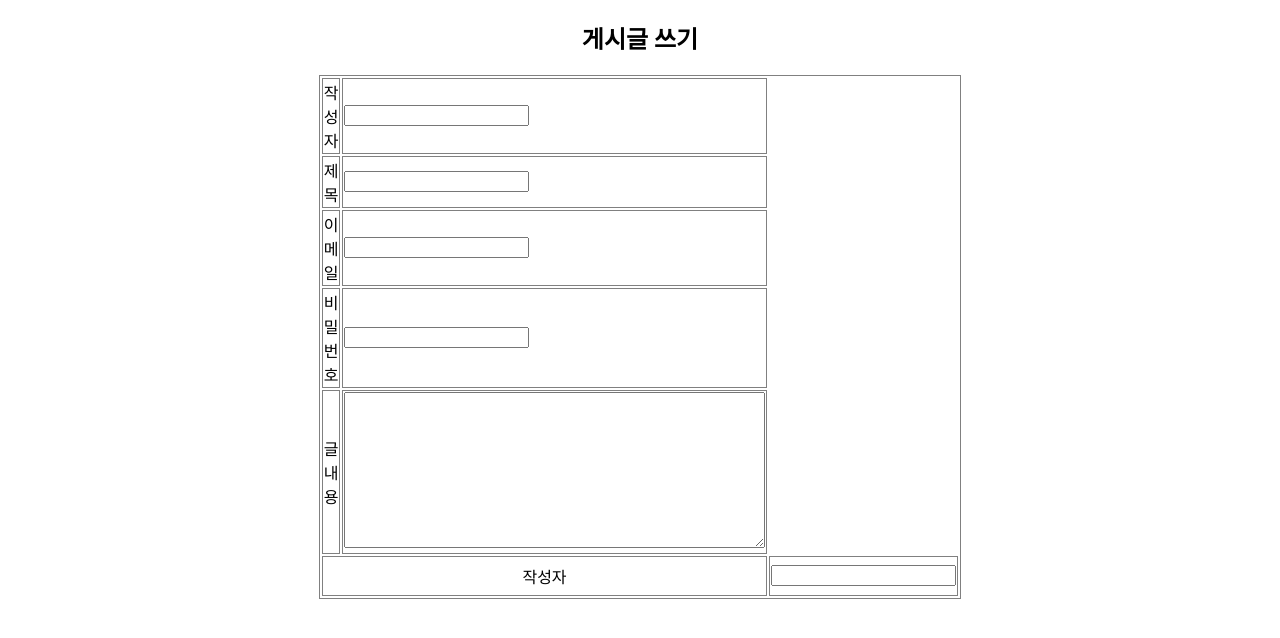
Repository: kdw1437/CreateBoardProject
Page: http://localhost/Board/BoardWriteForm.jsp
These files come from the project's save history. The page is drawn as it stood at one moment and after the next save; the edit follows.
The browser window is 1280 px wide. The pictures show the whole page.
The page is served by Tomcat 9. Other server files are loaded and not shown.

Above is the page before, as saved 2024-08-07 05:43:30.

### Board/src/main/webapp/BoardWriteForm.jsp
<%@ page language="java" contentType="text/html; charset=EUC-KR"
    pageEncoding="EUC-KR"%>
<!DOCTYPE html>
<html>
<body>

<center>
<h2> 게시글 쓰기 </h2>

<form action="BoardWriteProc.jsp" method="post">
<table width="600" border="1" bordercolor="gray">
	<tr height="40">
		<td align="center" width="150"> 작성자 </td>
		<td width="450"> <input type="text" name="writer"></td>
	</tr>
	<tr height="40">
		<td align="center" width="150"> 제목 </td>
		<td width="450"> <input type="text" name="subject"></td>
	</tr>
	<tr height="40">
		<td align="center" width="150"> 이메일 </td>
		<td width="450"> <input type="email" name="email"></td>
	</tr>
	<tr height="40">
		<td align="center" width="150"> 비밀번호 </td>
		<td width="450"> <input type="password" name="password"></td>
	</tr>
	<tr height="40">
		<td align="center" width="150"> 글내용 </td>
		<td width="450"> <textarea rows="10" cols="50" name="content"></textarea></td>
	</tr>
	<tr height="40">
		<td align="center" colspan="2"> 작성자 </td>
		<td width="450"> <input type="text" name="writer"></td>
	</tr>
</table>
</form>
</center>

</body>
</html>

After the next save:
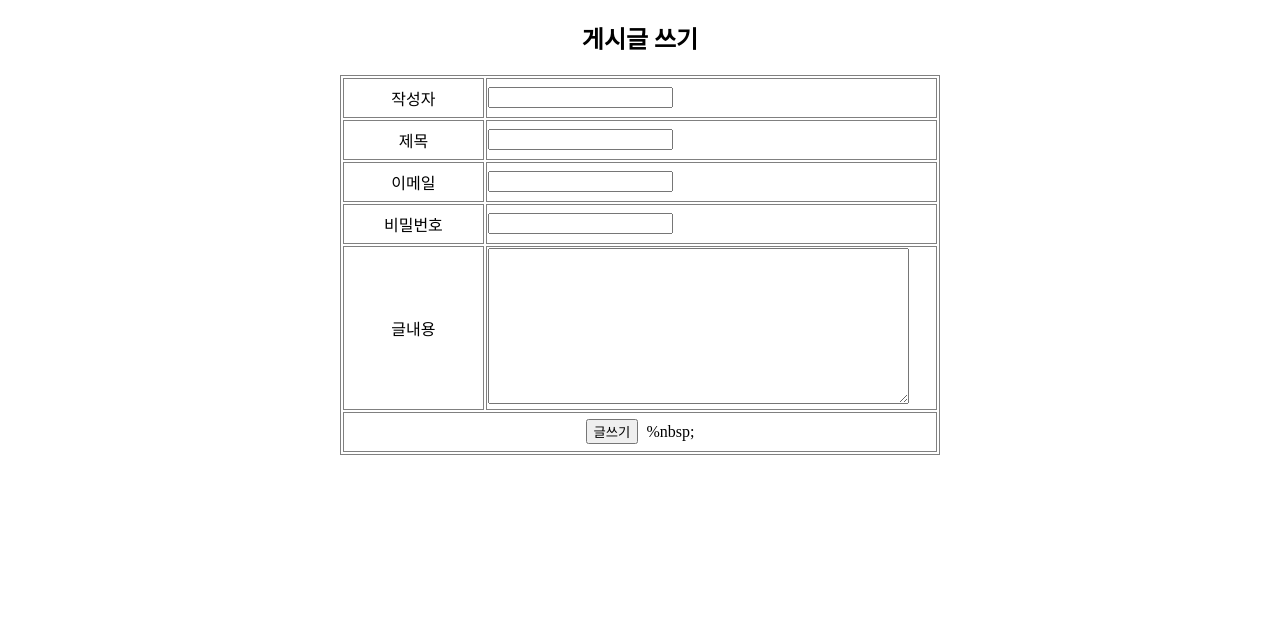
Saved 44 s later.
--- a/Board/src/main/webapp/BoardWriteForm.jsp
+++ b/Board/src/main/webapp/BoardWriteForm.jsp
@@ -30,8 +30,9 @@
 		<td width="450"> <textarea rows="10" cols="50" name="content"></textarea></td>
 	</tr>
 	<tr height="40">
-		<td align="center" colspan="2"> 작성자 </td>
-		<td width="450"> <input type="text" name="writer"></td>
+		<td align="center" colspan="2">
+			<input type="submit" value="글쓰기"> &nbsp;%nbsp;
+		</td>
 	</tr>
 </table>
 </form>
